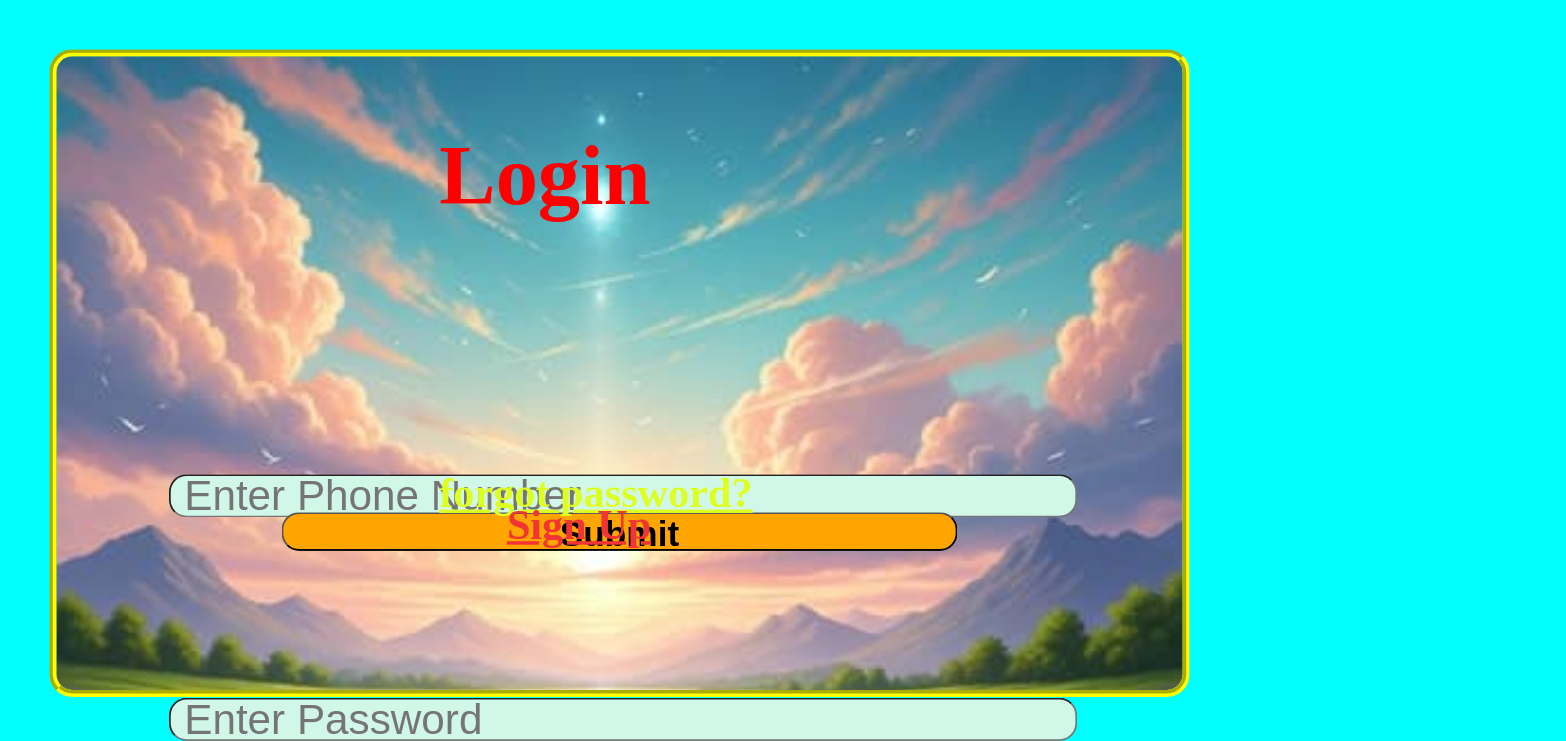
Repository: Amani-Kibet/express-app-web
Page: pages/signup/login.html
An editor plug-in stored every save of this project. The page is shown before and after the next save, followed by the edit.
The browser window is 1280 px wide. The page is 1779 px wide, so the pictures cover 1779 px, including what lies to the right of the window. The pictures show the whole page, at 88% of full size.

Above is the page before, as saved 2025-09-28 16:52:14.

After the next save:
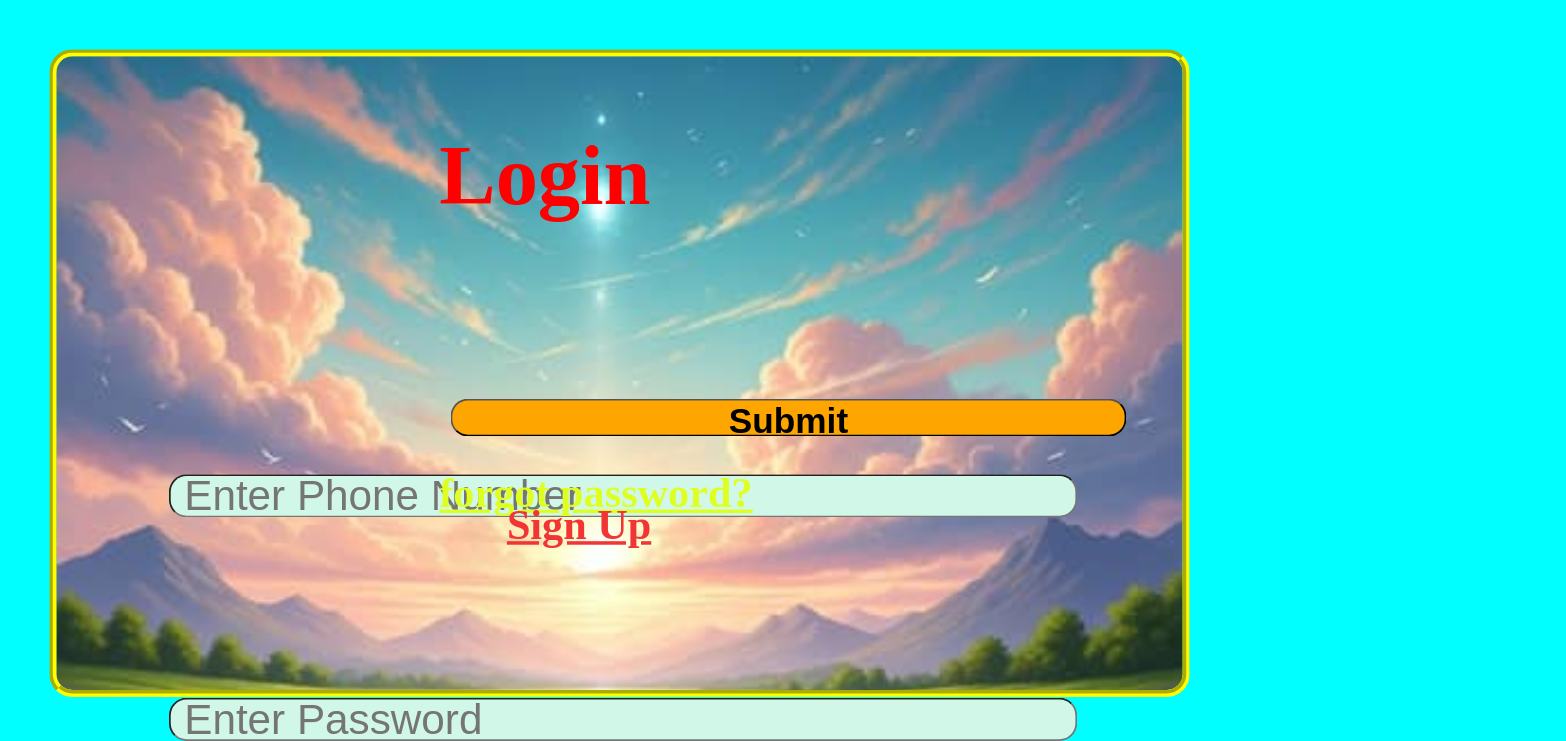
Saved 20 s later.
--- a/pages/signup/login.html
+++ b/pages/signup/login.html
@@ -35,8 +35,8 @@
       position: absolute;
       width: 60%;
       height: 6%;
-      top: 72%;
-      left: 20%;
+      top: 54%;
+      left: 35%;
       border-radius: 20px;
       font-size: 2.5em;
       font-weight: bold;
